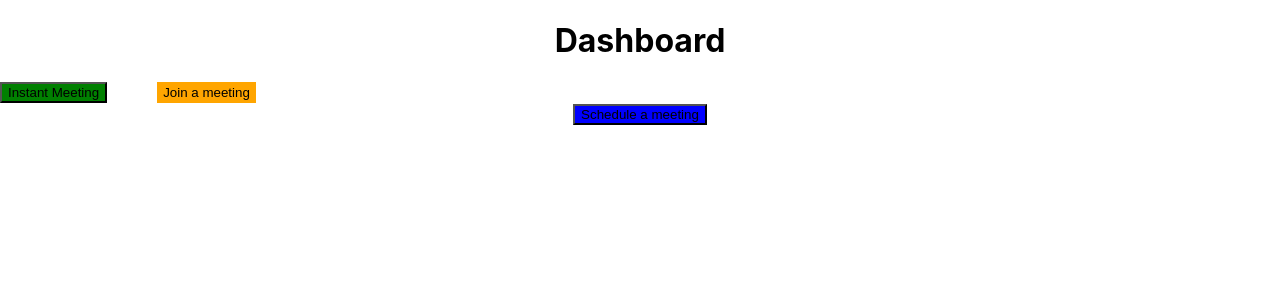
Repository: sreech465/myexam
Page: /
The author's editor kept a copy of each file at every save. The page is drawn from the files as they stood at one save, then again after the next save.
The browser window is 1280 px wide. The pictures show the whole page.
The project was rebuilt for these pictures with package versions that can differ from the ones it lists, and the page was loaded fresh each time. Also part of the build but not shown: src/Jmeet.js, src/Smeet.js.

Above is the page before, as saved 2023-01-14 15:59:59.

### src/App.js
import logo from "./logo.svg";
import "./App.css";
import Details from "./Details";
import { BrowserRouter } from "react-router-dom";
import { Routes, Route } from "react-router-dom";
import Jmeet from "./Jmeet";
import Smeet from "./Smeet";

function App() {
  return (
    <>
      <div className="App">
        <BrowserRouter>
          <Routes>
            <Route path="/" element={<Details />} />
            <Route path="/jmeet" element={<Jmeet />} />
            <Route path="/smeet" element={<Smeet />} />
          </Routes>
        </BrowserRouter>
      </div>
    </>
  );
}

export default App;

### src/Details.js
import React from "react";

import { useNavigate } from "react-router-dom";

const Details = () => {
  const navigate = useNavigate();

  const handleJoin = () => {
    navigate("/jmeet");
  };

  const handleSchedule = () => {
    navigate("/smeet");
  };

  return (
    <div className="App">
      <h1>Dashboard</h1>
      <div style={{ display: "flex" }}>
        <button style={{ backgroundColor: "green", marginRight: 50 }}>
          Instant Meeting
        </button>
        <button
          style={{ backgroundColor: "orange", border: "none" }}
          onClick={handleJoin}
        >
          Join a meeting
        </button>
      </div>
      <button style={{ backgroundColor: "blue" }} onClick={handleSchedule}>
        Schedule a meeting
      </button>
    </div>
  );
};

export default Details;

Loaded but not shown: public/index.html (common file); src/index.js (common file); src/index.css (common file); src/reportWebVitals.js (common file); src/App.css (common file)

After the next save:
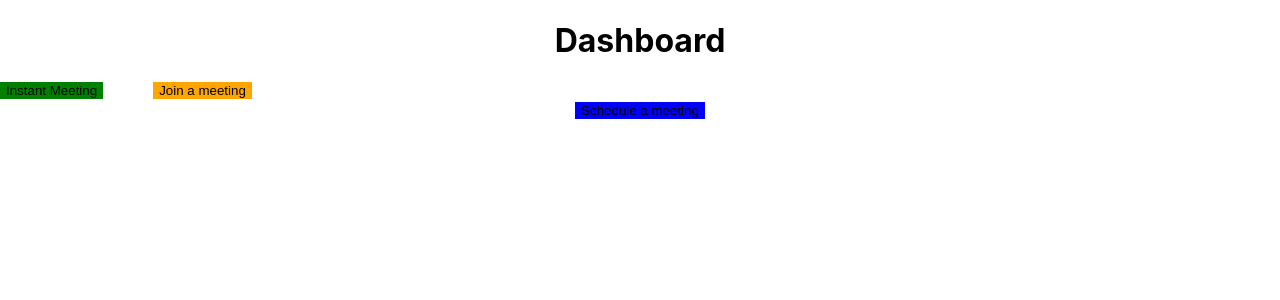
Saved 19 s later.
--- a/src/Details.js
+++ b/src/Details.js
@@ -17,7 +17,9 @@ const Details = () => {
     <div className="App">
       <h1>Dashboard</h1>
       <div style={{ display: "flex" }}>
-        <button style={{ backgroundColor: "green", marginRight: 50 }}>
+        <button
+          style={{ backgroundColor: "green", marginRight: 50, border: "none" }}
+        >
           Instant Meeting
         </button>
         <button
@@ -27,7 +29,10 @@ const Details = () => {
           Join a meeting
         </button>
       </div>
-      <button style={{ backgroundColor: "blue" }} onClick={handleSchedule}>
+      <button
+        style={{ backgroundColor: "blue", border: "none" }}
+        onClick={handleSchedule}
+      >
         Schedule a meeting
       </button>
     </div>
